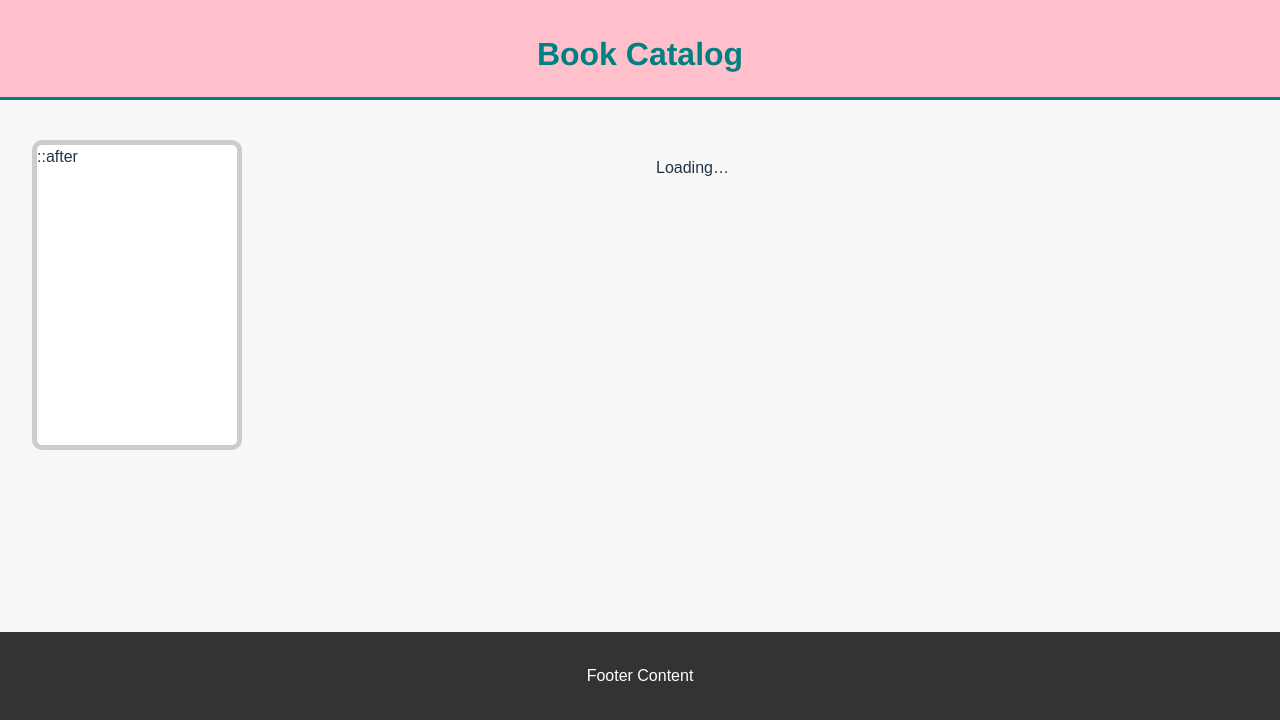
Repository: primcharlin/COMP3170_Lab_Assignment_Components
Page: /
These files come from the project's save history. The page is drawn as it stood at one moment and after the next save; the edit follows.
The browser window is 1280 px wide. The pictures show the whole page.
The page's requests for data from a server got no answer. The project was rebuilt for these pictures with package versions that can differ from the ones it lists, and the page was loaded fresh each time. No one was signed in, and anything a server would have sent is missing. Also part of the build but not shown: vite.config.js.

Above is the page before, as saved 2025-09-12 03:23:59.

After the next save:
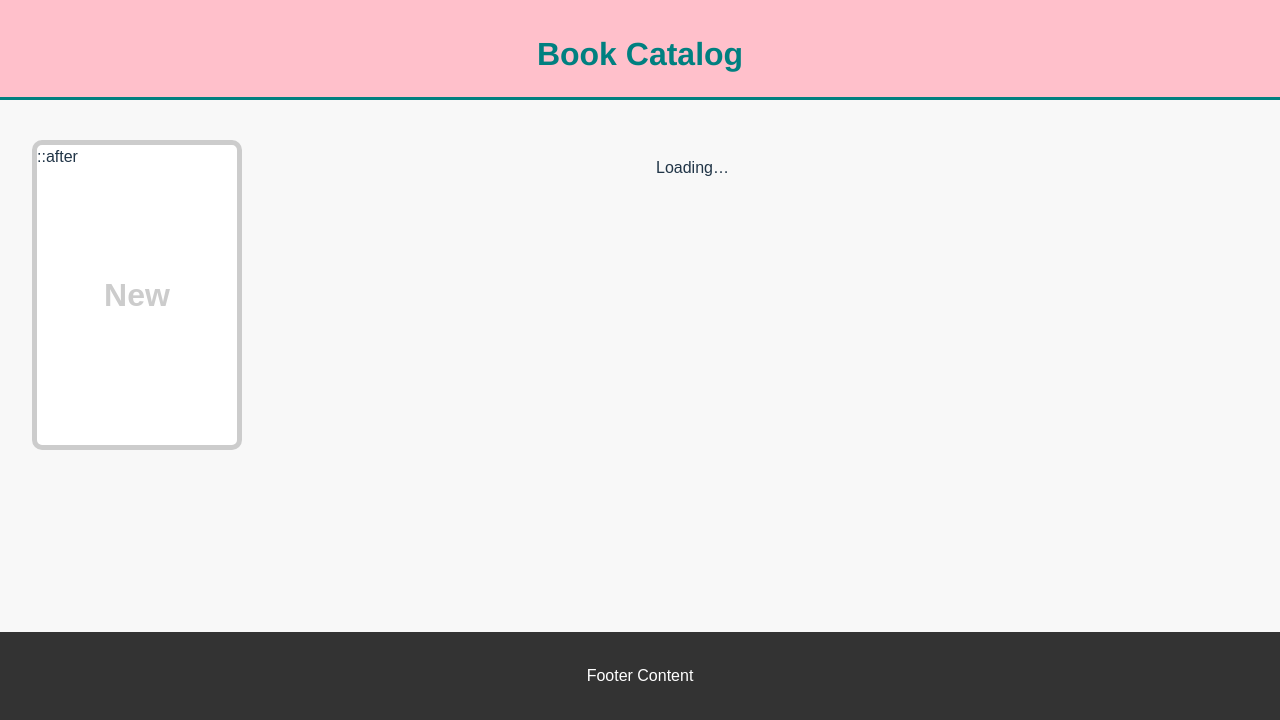
Saved 102 s later.
--- a/src/App.css
+++ b/src/App.css
@@ -112,6 +112,18 @@ h1 {
     border-radius: 10px;
 }
 
+.btn-plus:after {
+    content: "new";
+    transform: translate(-50%, -50%);
+    color: #ccc;
+    font-size: 2rem;
+    font-weight: 700;
+    position: absolute;
+    top: 50%;
+    left: 50%;
+    text-transform: capitalize;
+}
+
 .grid {
     display: grid;
     grid-template-columns: 1fr 1fr;
